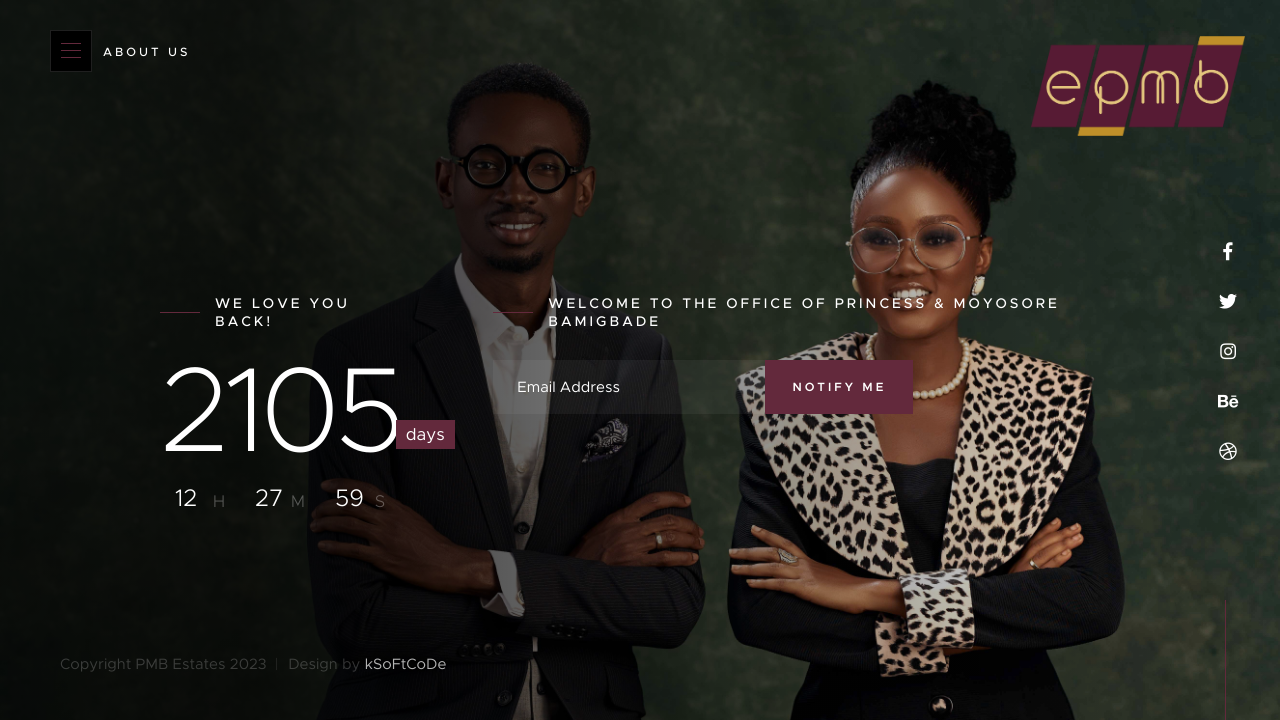
Repository: Ksoftcode/PMB
Page: index.html
An editor plug-in stored every save of this project. The page is shown before and after the next save, followed by the edit.
The browser window is 1280 px wide. The pictures show the whole page.

Above is the page before, as saved 2023-03-27 13:01:20.

After the next save:
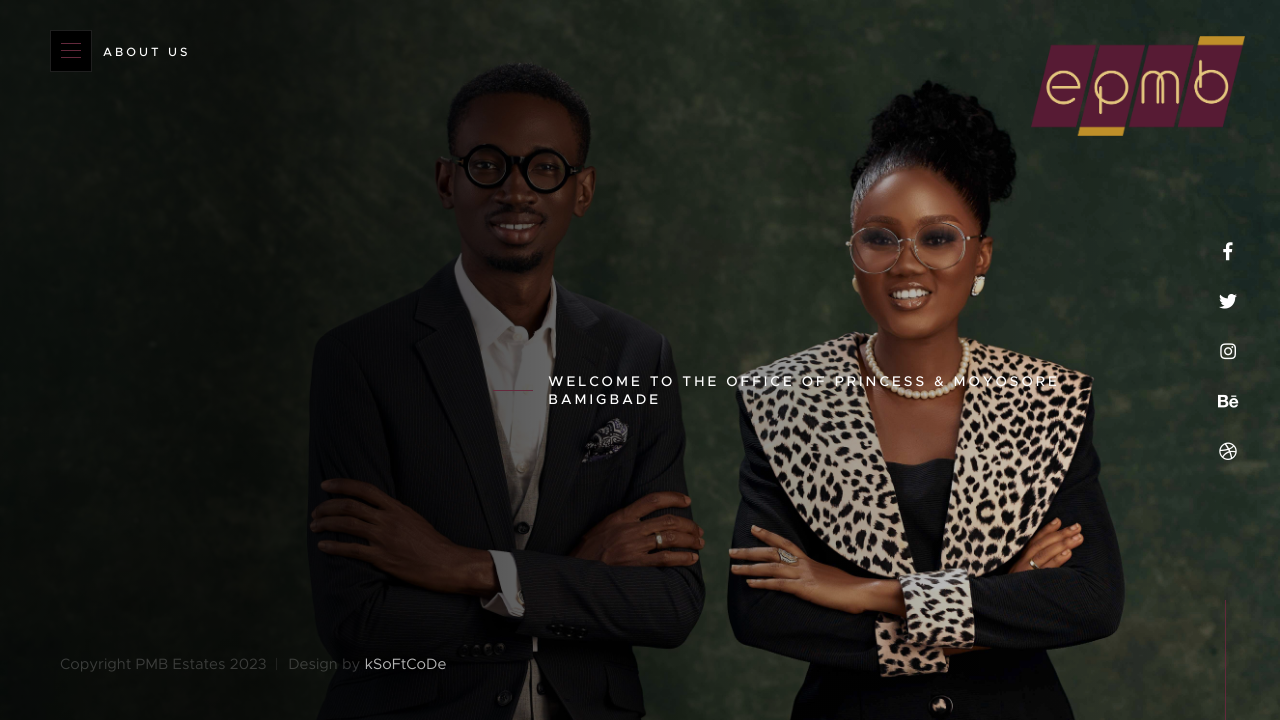
Saved 9 min 15 s later.
--- a/index.html
+++ b/index.html
@@ -61,20 +61,20 @@
                         The future has a way of arriving unannounced.
                     </p> -->
 
-                    <div class="home-content__subscribe">
+                    <!-- <div class="home-content__subscribe">
                         <form id="mc-form" class="group" novalidate="true">
                             <input type="email" value="" name="EMAIL" class="email" id="mc-email" placeholder="Email Address" required="">
                             <input type="submit" name="subscribe" value="Notify Me">
                             <label for="mc-email" class="subscribe-message"></label>
                         </form>
-                    </div>
-                </div>  <!-- end home-content__text -->
-
-                <div class="col-four home-content__counter">
+                    </div> -->
+                </div> <!--  end home-content__text -->
+
+                <!-- <div class="col-four home-content__counter">
                     <h3>We Love You Back!</h3>
 
                     <div class="home-content__clock">
-                        <div class="top">
+                        <div class="top"> -->
                             <!-- <div class="time days">
                                 325
                                 <span>Days</span>
@@ -92,8 +92,8 @@
                             30
                             <span>S</span>
                         </div> -->
-                    </div>  <!-- end home-content__clock -->
-                </div>  <!-- end home-content__counter -->
+                    <!-- </div>  end home-content__clock
+                </div>  end home-content__counter -->
 
             </div>  <!-- end home-content__main -->
 
